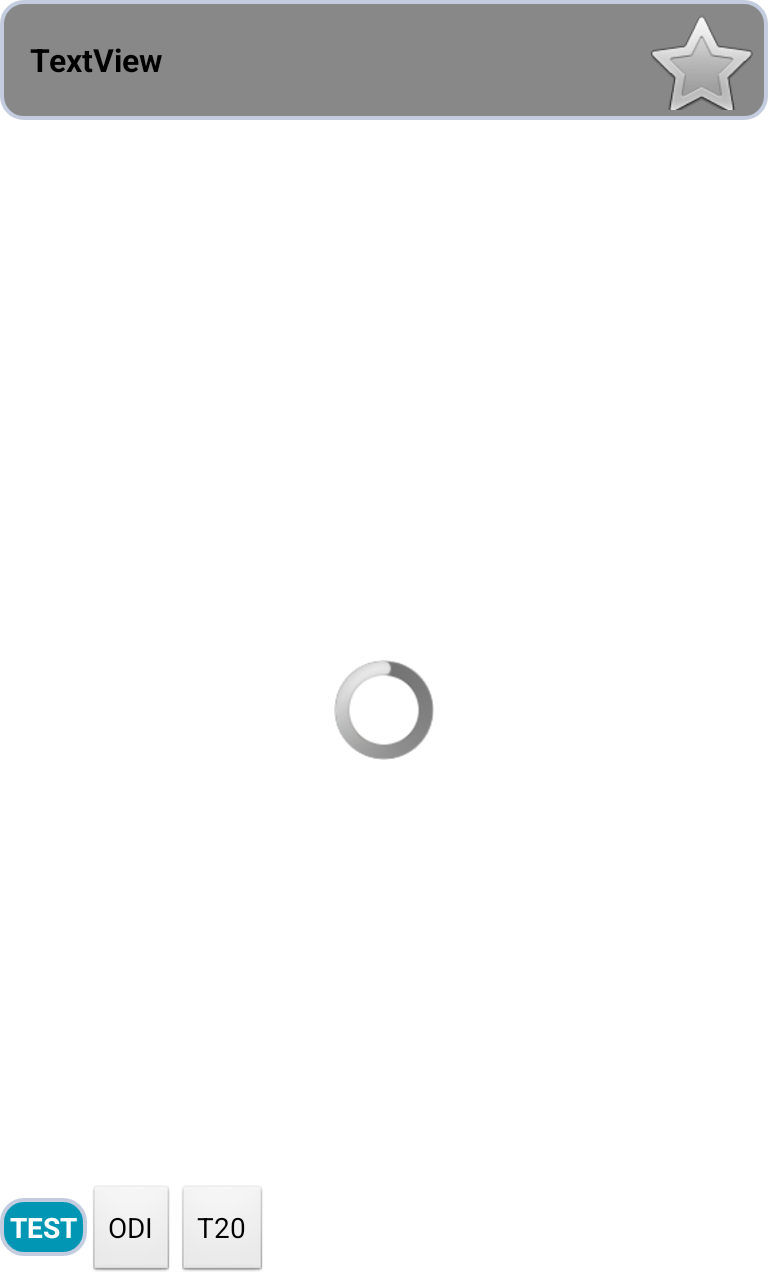
Repository: vinothsridhar/CrickBuzzChallenge
Layout: CricBuzzAndroidApp/res/layout/activity_playerprofile.xml
These files come from the project's save history. The layout is drawn as it stood at one moment and after the next save; the edit follows.
It is drawn on a 768 x 1280 px phone screen (xhdpi) without system bars, with theme AppTheme; the app's code is not run.

Above is the layout before, as saved 2014-12-20 14:36:43.

After the next save:
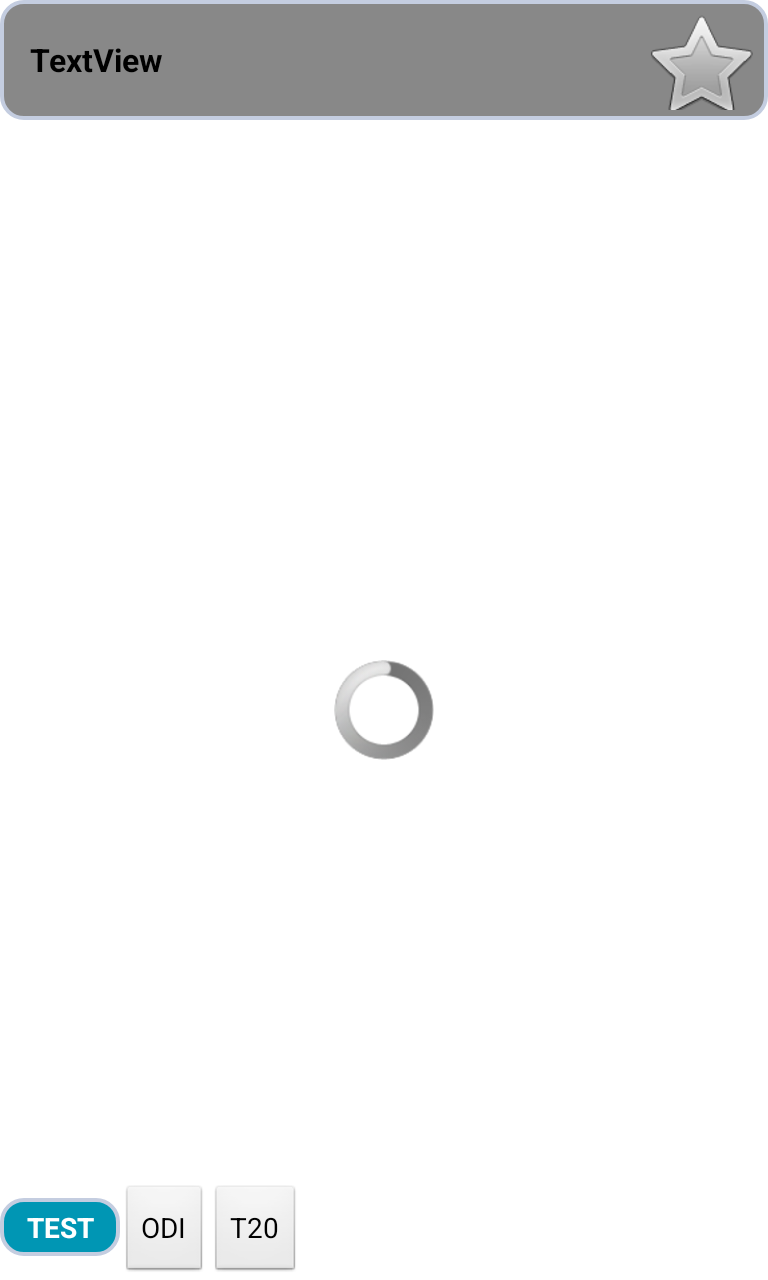
Saved 24 s later.
--- a/CricBuzzAndroidApp/res/values/styles.xml
+++ b/CricBuzzAndroidApp/res/values/styles.xml
@@ -42,6 +42,7 @@
     </style>
 
     <style name="Button">
+        <item name="android:width">60dp</item>
         <item name="android:textColor">@color/white</item>
         <item name="android:textSize">@dimen/medium_text</item>
         <item name="android:padding">5dp</item>
